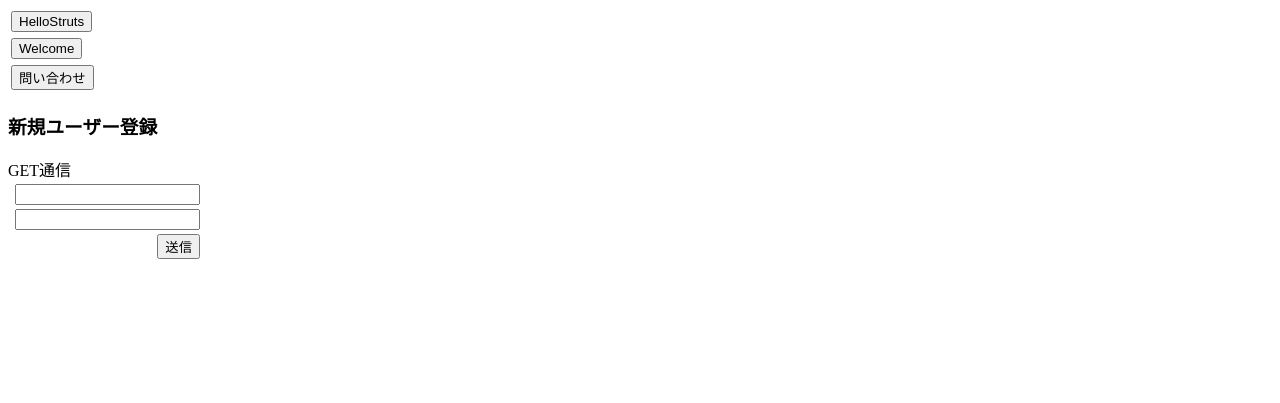
Repository: MurayamaMura/WebProj
Page: http://localhost/WebProj4/
These files come from the project's save history. The page is drawn as it stood at one moment and after the next save; the edit follows.
The browser window is 1280 px wide. The pictures show the whole page.
The page is served by Tomcat 9.

Above is the page before, as saved 2018-06-18 10:11:46.

After the next save:
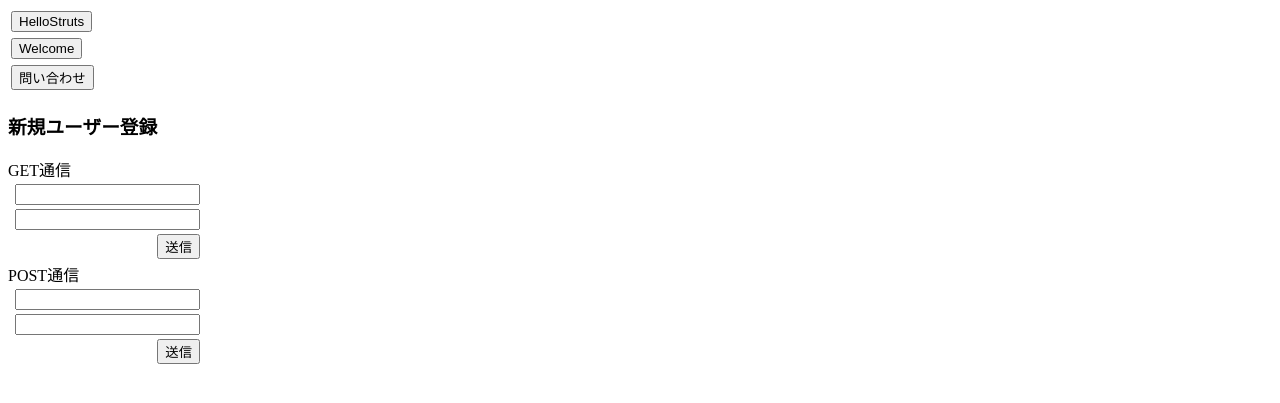
Saved 82 s later.
--- a/WebProj4/WebContent/index.jsp
+++ b/WebProj4/WebContent/index.jsp
@@ -28,5 +28,12 @@
 	<s:submit value="送信"/>
 	</s:form>
 
+	POST通信
+	<s:form method="post" action="TestAction">
+	<s:textfield name="username"/>
+	<s:password name="password"/>
+	<s:submit value="送信"/>
+	</s:form>
+
 </body>
 </html>
